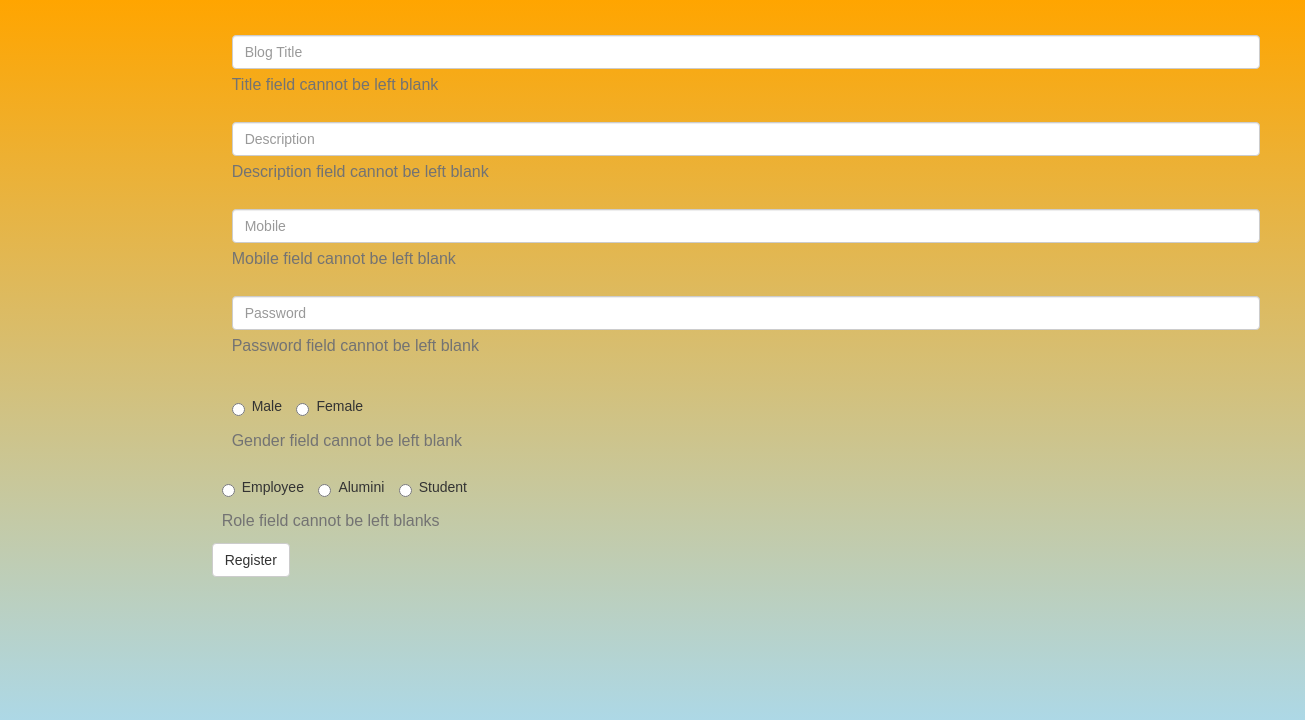
Repository: KaustubhKamat/CollaborationPlatform
Page: CollaborationFrontEnd/WebContent/c_blog/CreateBlog.html
An editor plug-in stored every save of this project. The page is shown before and after the next save, followed by the edit.
The browser window is 1280 px wide. The page is 1305 px wide, then 1280 px, so the pictures cover 1305 px, including what lies to the right of the window. The pictures show the whole page.
Some web libraries are served in a nearby version.

Above is the page before, as saved 2017-03-12 11:41:25.

### CollaborationFrontEnd/WebContent/c_blog/CreateBlog.html
<html>
<head>
<meta charset="ISO-8859-1">
<title>Insert title here</title>
<link rel="stylesheet"
	href="https://maxcdn.bootstrapcdn.com/bootstrap/3.3.7/css/bootstrap.min.css">
<script
	src="https://ajax.googleapis.com/ajax/libs/jquery/1.12.4/jquery.min.js"></script>
<link rel="stylesheet"
	href="https://maxcdn.bootstrapcdn.com/font-awesome/4.4.0/css/font-awesome.min.css">
<script
	src="https://maxcdn.bootstrapcdn.com/bootstrap/3.3.7/js/bootstrap.min.js"></script>
</head>
<body>

<head>

<link rel="stylesheet"
	href="https://maxcdn.bootstrapcdn.com/bootstrap/3.3.7/css/bootstrap.min.css">
<script
	src="https://ajax.googleapis.com/ajax/libs/jquery/3.1.1/jquery.min.js"></script>
<script
	src="https://maxcdn.bootstrapcdn.com/bootstrap/3.3.7/js/bootstrap.min.js"></script>
<style>
body {
	font-family: sans-serif;

}

form {
	margin: 25px auto;
	font-size: medium;
	padding: 10px 20px;
	border-radius: 10px;
	text-align: justify;
}

body {
	background: linear-gradient(orange, lightblue);
}

h2 {
	text-align: center;
}

</style>
<meta http-equiv="Content-Type" content="text/html; charset=ISO-8859-1">
<title>Insert title here</title>
</head>

<body ng-app="">



<div ng-controller="BlogController as ctrl">



<form name="form" ng-submit="ctrl.submit()" class="form-horizontal" role="form">
		<div class="form-group" ng-class="{'has-error' : form.id.$dirty && form.id.$error.required}">
    <div class="col-sm-offset-2 col-sm-10">
      <input type="text" class="form-control" placeholder="Blog Title" ng-model="ctrl.blog.title" id="" name="title" required>
      <span ng-show="form.title.$dirty && form.title.$error.required" class="help-block">Title field cannot be left blank</span>
    </div>
  </div>

   <div class="form-group" ng-class="{'has-error' : form.description.$dirty && form.description.$error.required}">
    <div class="col-sm-offset-2 col-sm-10">
      <input type="text" class="form-control" placeholder="Description" ng-model="ctrl.blog.description" id="description" name="description" required>
      <span ng-show="form.description.$dirty && form.description.$error.required" class="help-block">Description field cannot be left blank</span>
    </div>
  </div>

  <div class="form-group" ng-class="{'has-error' : form.mobile.$dirty && form.mobile.$error.required}">
    <div class="col-sm-offset-2 col-sm-10">
      <input type="text" class="form-control" placeholder="Mobile" ng-model="ctrl.user.mobile" id="mobile" name="mobile" required>
       <span ng-show="form.mobile.$dirty && form.mobile.$error.required" class="help-block">Mobile field cannot be left blank </span>
    </div>
  </div>

  <div class="form-group" ng-class="{'has-error' : form.password.$dirty && form.password.$error.required}">
    <div class="col-sm-offset-2 col-sm-10">
      <input type="password" class="form-control" placeholder="Password" ng-model="ctrl.user.password" id="password" name="password" required ng-minlength="5">
       <span ng-show="form.password.$dirty && form.password.$error.required" class="help-block">Password field cannot be left blank</span>
    </div>
  </div>

  <div class="form-group" ng-class="{'has-error' : form.gender.$dirty && form.gender.$error.required}">
   <div class="col-sm-offset-2 col-sm-10">
    <label class="radio-inline">
     <h5> <input type="radio" name="gender" ng-model="ctrl.user.gender" id="gender" ng-value="'Male'">Male</h5>
    </label>
    <label class="radio-inline">
   <h5>   <input type="radio" name="gender" ng-model="ctrl.user.gender" id="gender" ng-value="'Female'">Female</h5>
    </label>
          <span ng-show="form.gender.$dirty && form.gender.$error.required" class="help-block">Gender field cannot be left blank</span>

</div>

  <div class="form-group" ng-class="{'has-error' : form.role.$dirty && form.role.$error.required}">
   <div class="col-sm-offset-2 col-sm-10">
  <label class="radio-inline">
     <h5> <input type="radio" name="role" ng-model="ctrl.user.role" ng-value="'Employee'"  id="role">Employee</h5>
    </label>
    <label class="radio-inline">
   <h5>   <input type="radio" name="role" ng-model="ctrl.user.role" ng-value="'Alumini'" id="role">Alumini</h5>
    </label>
    <label class="radio-inline">
    <h5>  <input type="radio" name="role" ng-model="ctrl.user.role" ng-value="'Student'" id="role">Student</h5>
    </label>
    <span ng-show="form.role.$dirty && form.role.$error.required" class="help-block">Role field cannot be left blanks</span>
</div>
		<div class="form-group">
			<div class="col-sm-offset-2 col-sm-10">
				<button type="submit" class="btn btn-default">Register</button>
		</div>

		</div>
	</form>
	</div>
</td>



 </body>
 </html>

After the next save:
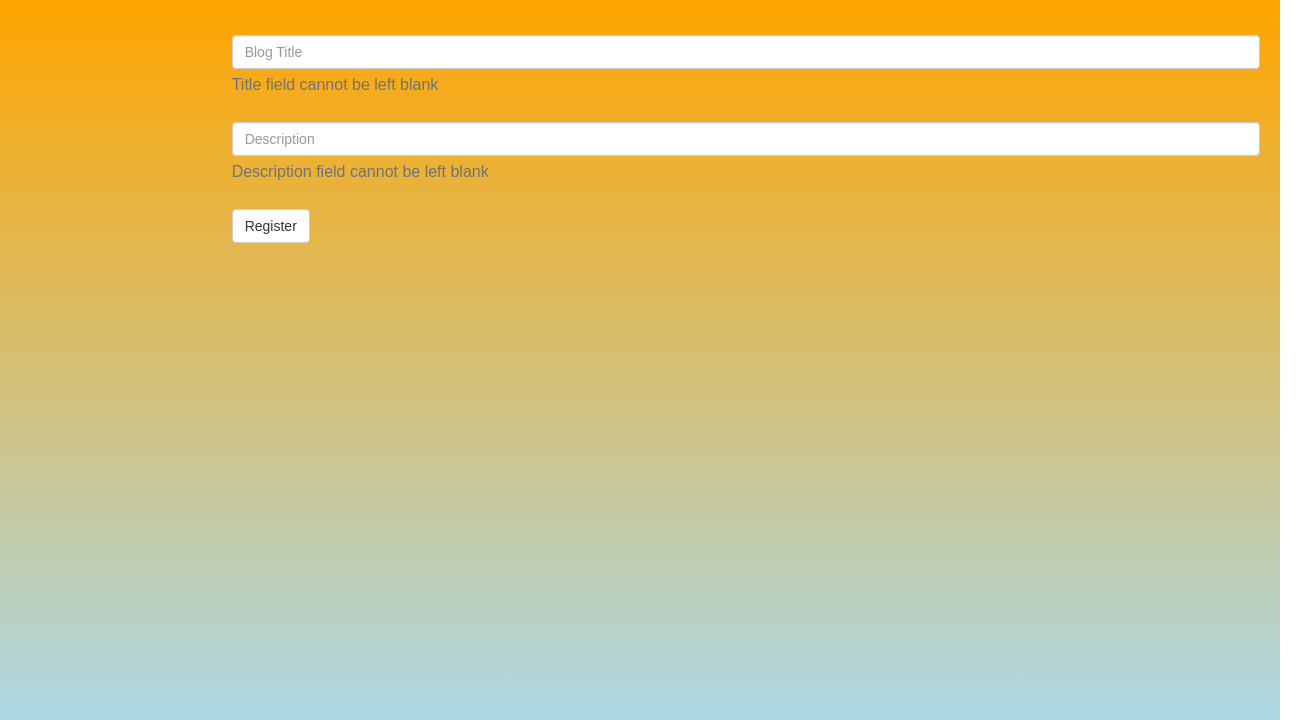
Saved 15 s later.
--- a/CollaborationFrontEnd/WebContent/c_blog/CreateBlog.html
+++ b/CollaborationFrontEnd/WebContent/c_blog/CreateBlog.html
@@ -71,45 +71,6 @@ h2 {
     </div>
   </div>
 
-  <div class="form-group" ng-class="{'has-error' : form.mobile.$dirty && form.mobile.$error.required}">
-    <div class="col-sm-offset-2 col-sm-10">
-      <input type="text" class="form-control" placeholder="Mobile" ng-model="ctrl.user.mobile" id="mobile" name="mobile" required>
-       <span ng-show="form.mobile.$dirty && form.mobile.$error.required" class="help-block">Mobile field cannot be left blank </span>
-    </div>
-  </div>
-
-  <div class="form-group" ng-class="{'has-error' : form.password.$dirty && form.password.$error.required}">
-    <div class="col-sm-offset-2 col-sm-10">
-      <input type="password" class="form-control" placeholder="Password" ng-model="ctrl.user.password" id="password" name="password" required ng-minlength="5">
-       <span ng-show="form.password.$dirty && form.password.$error.required" class="help-block">Password field cannot be left blank</span>
-    </div>
-  </div>
-
-  <div class="form-group" ng-class="{'has-error' : form.gender.$dirty && form.gender.$error.required}">
-   <div class="col-sm-offset-2 col-sm-10">
-    <label class="radio-inline">
-     <h5> <input type="radio" name="gender" ng-model="ctrl.user.gender" id="gender" ng-value="'Male'">Male</h5>
-    </label>
-    <label class="radio-inline">
-   <h5>   <input type="radio" name="gender" ng-model="ctrl.user.gender" id="gender" ng-value="'Female'">Female</h5>
-    </label>
-          <span ng-show="form.gender.$dirty && form.gender.$error.required" class="help-block">Gender field cannot be left blank</span>
-
-</div>
-
-  <div class="form-group" ng-class="{'has-error' : form.role.$dirty && form.role.$error.required}">
-   <div class="col-sm-offset-2 col-sm-10">
-  <label class="radio-inline">
-     <h5> <input type="radio" name="role" ng-model="ctrl.user.role" ng-value="'Employee'"  id="role">Employee</h5>
-    </label>
-    <label class="radio-inline">
-   <h5>   <input type="radio" name="role" ng-model="ctrl.user.role" ng-value="'Alumini'" id="role">Alumini</h5>
-    </label>
-    <label class="radio-inline">
-    <h5>  <input type="radio" name="role" ng-model="ctrl.user.role" ng-value="'Student'" id="role">Student</h5>
-    </label>
-    <span ng-show="form.role.$dirty && form.role.$error.required" class="help-block">Role field cannot be left blanks</span>
-</div>
 		<div class="form-group">
 			<div class="col-sm-offset-2 col-sm-10">
 				<button type="submit" class="btn btn-default">Register</button>
